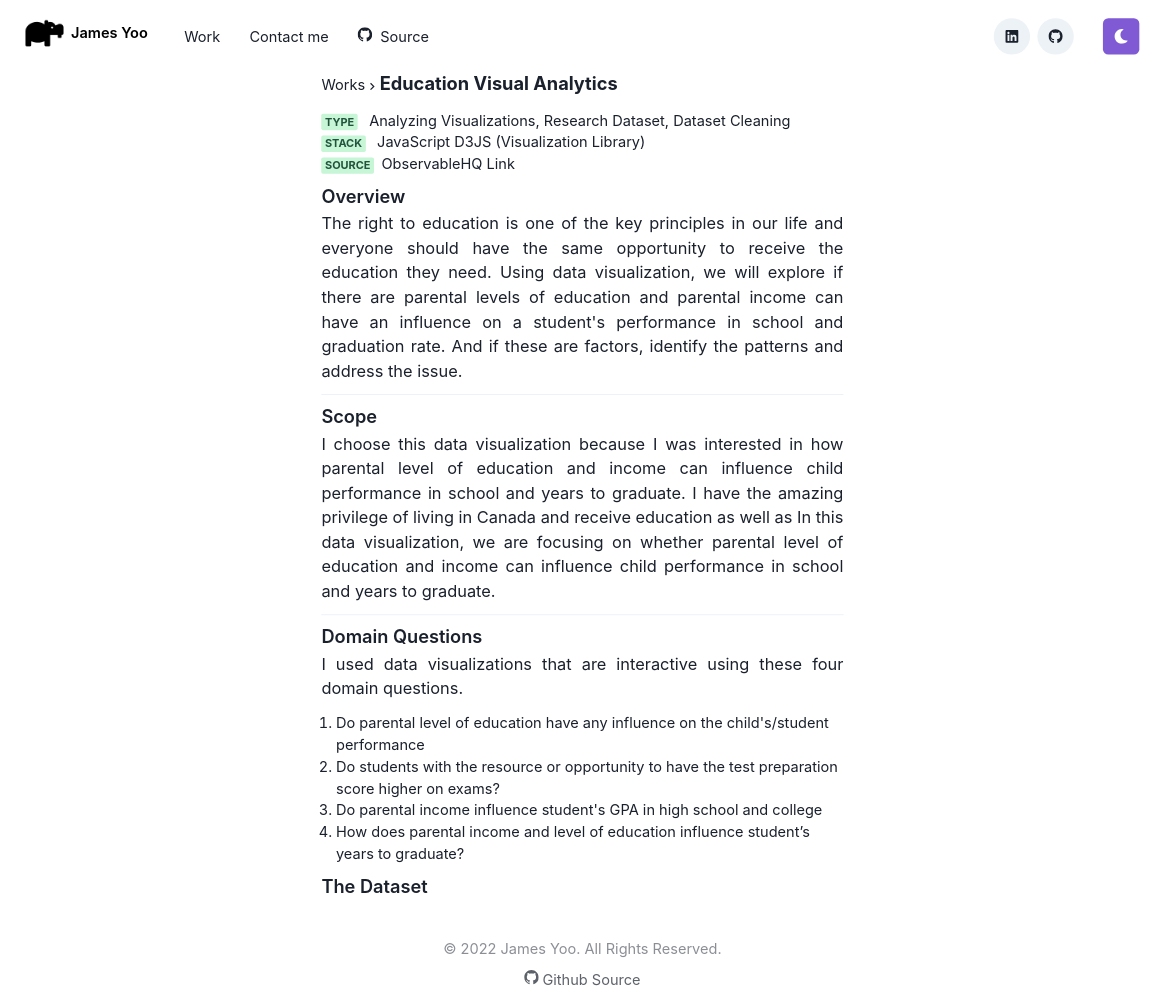
Repository: jammy729/portfolio-2022
Page: /work/educationvisualanalytics
These files come from the project's save history. The page is drawn as it stood at one moment and after the next save; the edit follows.
The browser window is 1280 px wide. The pictures show the whole page, at 91% of full size.
The project was rebuilt for these pictures with package versions that can differ from the ones it lists, and the page was loaded fresh each time. Also part of the build but not shown: src/components/home.js, src/components/contact.js, src/components/layouts/layout.js, src/components/work/work.js, src/components/work/Development/WorldInstitutionDatabase/worldinstitutiondatabase.js, src/components/work/Development/GeoMemories/geomemories.js, src/components/work/Design/ExperienceDesign/experiencedesign.js, src/components/work/Development/PersonalPortfolio/personalportfolio.js. Imported but missing from the stored project, and not drawn on this page: src/components/work/Design/FinestCup/finestcup, src/components/work/Development/WorldInstitutionDatabase/universityDatabase.mp4.

Above is the page before, as saved 2022-06-28 15:59:20.

### public/index.html
<!DOCTYPE html>
<html lang="en">
  <head>
    <meta charset="utf-8" />
    <meta name="viewport" content="width=device-width, initial-scale=1" />

    <link rel="shortcut icon" href="%PUBLIC_URL%/hippo.png" />
    <link rel="manifest" href="%PUBLIC_URL%/manifest.json" />

    <title>James Yoo</title>
  </head>
  <body>
    <div id="root"></div>
  </body>
</html>

### src/index.js
import React from 'react'
import ReactDOM from 'react-dom/client'
import './index.css'
import App from './components/App'
import { ChakraProvider, ColorModeScript } from '@chakra-ui/react'

const root = ReactDOM.createRoot(document.getElementById('root'))
root.render(
  <React.StrictMode>
    <ChakraProvider>
      <ColorModeScript initialColorMode='light' />
      <App />
    </ChakraProvider>
  </React.StrictMode>
)

### src/index.css
html, body {
    height: 100%;
  }

### src/components/App.js
import React from 'react'
import Navbar from './navbar'
import { BrowserRouter as Router, Routes, Route } from 'react-router-dom'
import Home from './home'
import Contact from './contact'
import Work from './work/work'
import Footer from './footer'

import UniversityDatabase from './work/Development/WorldInstitutionDatabase/worldinstitutiondatabase'
import GeoMemories from './work/Development/GeoMemories/geomemories'
import FinestCup from './work/Design/FinestCup/finestcup'
import ExperienceDesign from './work/Design/ExperienceDesign/experiencedesign'
import EducationVisualAnalytic from './work/Development/EducationVisualAnalytics/educationvisualanalytics'
import PersonalPortfolio from './work/Development/PersonalPortfolio/personalportfolio'

const App = () => {
  return (
    <Router>
      <Navbar />
      <Routes>
        <Route exact path='/' element={<Home />} />

        <Route exact path='/work' element={<Work />} />
        <Route
          exact
          path='/work/worldinstitutiondatabase'
          element={<UniversityDatabase />}
        />
        <Route exact path='/work/geomemories' element={<GeoMemories />} />
        <Route
          exact
          path='/work/educationvisualanalytics'
          element={<EducationVisualAnalytic />}
        />
        <Route
          exact
          path='/work/personalportfolio'
          element={<PersonalPortfolio />}
        />

        <Route exact path='/work/finestcup' element={<FinestCup />} />
        <Route
          exact
          path='/work/experiencedesign'
          element={<ExperienceDesign />}
        />
        <Route exact path='/contact' element={<Contact />} />
      </Routes>
      <Footer />
    </Router>
  )
}

export default App

### src/components/navbar.js
import { Link } from 'react-router-dom'
import { IconButton } from '@chakra-ui/button'
import { useColorMode } from '@chakra-ui/color-mode'
import { HamburgerIcon } from '@chakra-ui/icons'
import { GoMarkGithub } from 'react-icons/go'
import {
  Flex,
  Stack,
  HStack,
  Spacer,
  MenuItem,
  MenuButton,
  Menu,
  MenuList,
  Box,
  MenuGroup,
  Text,
  Icon
} from '@chakra-ui/react'
import { FaSun, FaMoon, FaGithub, FaLinkedin } from 'react-icons/fa'

import Logo from './logo'
const Navbar = () => {
  const { colorMode, toggleColorMode } = useColorMode()
  const isDark = colorMode === 'dark'
  return (
    <Stack direction={'row'} p={5}>
      <Flex w='full' mx={2}>
        <Logo />

        <HStack
          ml={7}
          justifyContent='center'
          display={{ base: 'none', lg: 'flex' }}
        >
          <Menu>
            <Box px={3}>
              <Link to='./work'>
                <Text>Work</Text>
              </Link>
            </Box>
            <Box px={3}>
              <Link to='/contact'>Contact me</Link>
            </Box>
            <Box px={3} alignItems='center' display='inline-flex'>
              <a
                href='https://github.com/jammy729/portfolio-2022'
                target='blank'
              >
                <Icon as={GoMarkGithub} mr={1} /> Source
              </a>
            </Box>
          </Menu>
        </HStack>

        <Spacer />

        <Box flex={3} align='right' fontSize='md' fontWeight='semibold'>
          <Box flex={1} display={{ base: 'inline-block', lg: 'none' }}>
            <Menu isLazy id='navbar-menu'>
              <IconButton
                boxSize='3rem'
                mx={1}
                icon={isDark ? <FaSun /> : <FaMoon />}
                onClick={toggleColorMode}
                colorScheme={isDark ? 'orange' : 'purple'}
              />
              <MenuButton
                boxSize='3rem'
                as={IconButton}
                icon={<HamburgerIcon />}
                aria-label='Options'
                colorScheme={isDark ? 'blue' : 'blackAlpha'}
              />
              <MenuList w={['80vw', '50vw']}>
                <MenuGroup>
                  <MenuItem pl={5}>
                    <Link to='./work'>Work</Link>
                  </MenuItem>
                  <MenuItem pl={5}>
                    <Link to='./contact'>Contact</Link>
                  </MenuItem>
                  <MenuItem pl={5}>
                    <a
                      href='https://www.linkedin.com/in/james-yoo-b4a1231a5/'
                      target='blank'
                    >
                      <Icon as={FaLinkedin} mr={1} />
                      LinkedIn
                    </a>
                  </MenuItem>
                  <MenuItem pl={5}>
                    <a href='https://github.com/jammy729' target='blank'>
                      <Icon as={GoMarkGithub} mr={1} />
                      GitHub
                    </a>
                  </MenuItem>
                </MenuGroup>
              </MenuList>
            </Menu>
          </Box>
        </Box>

        <Box display={{ base: 'none', lg: 'flex' }}>
          <a
            href='https://www.linkedin.com/in/james-yoo-b4a1231a5/'
            target='blank'
          >
            <IconButton
              icon={<FaLinkedin />}
              isRound='true'
              linkButton={true}
              mx={2}
            />
          </a>
          <a href='https://github.com/jammy729' target='blank'>
            <IconButton icon={<FaGithub />} isRound='true' linkButton={true} />
          </a>
          <IconButton
            ml={8}
            icon={isDark ? <FaSun /> : <FaMoon />}
            onClick={toggleColorMode}
            colorScheme={isDark ? 'orange' : 'purple'}
          />
        </Box>
      </Flex>
    </Stack>
  )
}

export default Navbar

### src/components/footer.js
import { Box, Icon, Text, Container, HStack } from '@chakra-ui/react'
import styled from '@emotion/styled'
import { GoMarkGithub } from 'react-icons/go'

const Bottom = styled.div`
  position: relative;
  width: 100%;
  text-align: center;
  padding-bottom: 10px;
`

const Footer = () => {
  return (
    <Box as='footer'  w="100%" position="absolute" justifyContent="space-between" mt='2rem'>
      <Container opacity={0.5}>
        <Bottom>
          &copy; {new Date().getFullYear()} James Yoo. All Rights Reserved.
        </Bottom>
      </Container>

      <HStack>
        <Bottom>
          <a
            href='https://github.com/jammy729/portfolio-2022'
            target='_blank'
            rel='noopener noreferrer'
          >
            <Text
              opacity={0.7}
              _hover={{
                opacity: '1'
              }}
            >
              <Icon as={GoMarkGithub} mr={1} />
              Github Source
            </Text>
          </a>
        </Bottom>
      </HStack>
    </Box>
  )
}

export default Footer

### src/components/work/Development/EducationVisualAnalytics/educationvisualanalytics.js
import React from 'react'
import { Title, WorkImage, Tag } from '../../../layouts/work-grid'
import {
  Box,
  Container,
  List,
  ListItem,
  OrderedList,
  Divider
} from '@chakra-ui/react'
import { Writing, DescriptionText } from '../../layout'

const EducationVisualAnalytics = () => {
  return (
    <Box>
      <Container>
        <Title>Education Visual Analytics</Title>
        {/* BADGES  */}
        <List>
          <ListItem>
            <Tag> Type </Tag> Analyzing Visualizations, Research Dataset,
            Dataset Cleaning
          </ListItem>
          <ListItem>
            <Tag> Stack </Tag> JavaScript D3JS (Visualization Library)
          </ListItem>
          <ListItem>
            <Tag> Source </Tag>
            <a
              target='blank'
              href='https://observablehq.com/@jamesyoo/iat-355-final-project-spring-2021/2'
            >
              ObservableHQ Link
            </a>
          </ListItem>
        </List>

        {/* OVERVIEW   */}
        <Writing size='md' title='Overview' />
        <DescriptionText>
          The right to education is one of the key principles in our life and
          everyone should have the same opportunity to receive the education
          they need. Using data visualization, we will explore if there are
          parental levels of education and parental income can have an influence
          on a student's performance in school and graduation rate. And if these
          are factors, identify the patterns and address the issue.
        </DescriptionText>

        <Divider />

        {/* SCOPE  */}
        <Writing size='md' title='Scope' />
        <DescriptionText>
          I choose this data visualization because I was interested in how
          parental level of education and income can influence child performance
          in school and years to graduate. I have the amazing privilege of
          living in Canada and receive education as well as In this data
          visualization, we are focusing on whether parental level of education
          and income can influence child performance in school and years to
          graduate.
        </DescriptionText>

        <Divider />

        {/* DOMAIN QUESTIONS  */}
        <Writing size='md' title='Domain Questions' />
        <DescriptionText>
          I used data visualizations that are interactive using these four
          domain questions.
        </DescriptionText>
        <OrderedList>
          <ListItem>
            Do parental level of education have any influence on the
            child's/student performance
          </ListItem>
          <ListItem>
            Do students with the resource or opportunity to have the test
            preparation score higher on exams?
          </ListItem>
          <ListItem>
            Do parental income influence student's GPA in high school and
            college
          </ListItem>
          <ListItem>
            How does parental income and level of education influence student’s
            years to graduate?
          </ListItem>
        </OrderedList>

        {/* THE DATASET  */}
        <Writing size="md" title="The Dataset" />
        <DescriptionText>

        </DescriptionText>
      </Container>
    </Box>
  )
}

export default EducationVisualAnalytics

### src/components/logo.js
import React from 'react'
import { Box, Center, Image, Heading, Text } from '@chakra-ui/react'
import { Link } from 'react-router-dom'
import { useColorMode } from '@chakra-ui/color-mode'
import styled from '@emotion/styled'
import HippoImg from '../contents/hippo.png'
import HippoImgDark from '../contents/hippo-dark.png'
import { useMediaQuery } from '@chakra-ui/react'

const LogoBox = styled.span`
  display: inline-flex;
  align-items: center;

  &:hover img {
    transform: rotate(-10deg);
  }
`
const Logo = () => {
  const { colorMode } = useColorMode()
  const isDark = colorMode === 'dark'
  const [isLargeScreen] = useMediaQuery('(min-width:750px)')
  return (
    <Box>
      <Center>
        <LogoBox>
          <Image
            src={isDark ? HippoImgDark : HippoImg}
            w={{ base: '50px' }}
            pr={2}
          />
          <Heading
            justifyContent='center'
            size={isLargeScreen ? 'md' : 'md'}
            fontWeight='semibold'
            color={isDark ? 'white' : 'black'}
          >
            <Link to='/'>
              <Text fontSize='md'>James Yoo</Text>
            </Link>
          </Heading>
        </LogoBox>
      </Center>
    </Box>
  )
}

export default Logo

### src/components/layouts/work-grid.js
import React from 'react'
import { Link } from 'react-router-dom'
import {
  Box,
  LinkBox,
  LinkOverlay,
  Text,
  Image,
  Heading,
  Badge,
  Center
} from '@chakra-ui/react'
import { useMediaQuery } from '@chakra-ui/media-query'
import { ChevronRightIcon } from '@chakra-ui/icons'
import { useColorMode } from '@chakra-ui/color-mode'

export const WorkGrid = ({ children, id, title, thumbnail }) => {
  const [isLargeScreen] = useMediaQuery('(min-width:750px)')

  return (
    <Box maxW='100%' maxH='auto' pb={6} textAlign='center' position='relative'>
      <Link to={`/work/${id}`}>
        <LinkBox cursor='pointer'>
          <Image
            objectFit='cover'
            margin='auto'
            src={thumbnail}
            alt={title}
            placeholder='blur'
            w='100%'
            h={isLargeScreen ? '300px' : '270px'}
            borderRadius='lg'
            fallbackSrc='https://via.placeholder.com/150'
          />
          <LinkOverlay to={`/work/${id}`}>
            <Text mt={2} fontSize={20} fontWeight='semibold'>
              {title}
            </Text>
          </LinkOverlay>
          <Text fontSize={14} px={5}>
            {children}
          </Text>
        </LinkBox>
      </Link>
    </Box>
  )
}

export const Title = ({ children }) => (
  <Box>
    <Link to='/work'>Works</Link>
    <span>
      <ChevronRightIcon />
    </span>
    <Heading display='inline-block' as='h3' fontSize={20} mb={4}>
      {children}
    </Heading>
  </Box>
)

export const WorkImage = ({ src, alt, caption, w }) => {
  const { colorMode } = useColorMode()

  const isDark = colorMode === 'dark'
  return (
    <Box mb={3}>
      <Image borderRadius='2xl' w={w} src={src} alt={alt} mt={4} />
      <Center>
        <Text color={isDark ? 'gray.300' : 'gray.500'}>{caption}</Text>
      </Center>
    </Box>
  )
}

export const Tag = ({ children }) => (
  <Badge colorScheme='green' mr={2}>
    {children}
  </Badge>
)

### src/components/work/layout.js
import React from 'react'
import { Link } from 'react-router-dom'
import { useColorMode } from '@chakra-ui/color-mode'
import { useMediaQuery } from '@chakra-ui/media-query'

import {
  Center,
  Flex,
  Box,
  Text,
  Button,
  Stack,
  Heading,
  Image
} from '@chakra-ui/react'
import profile from '../work/Home/profile.JPG'
export const HeroSection = ({ name, role, work, contact, src }) => {
  const { colorMode } = useColorMode()
  const isDark = colorMode === 'dark'

  const [isLargeScreen] = useMediaQuery('(min-width:750px)')
  return (
    <Center>
      <Flex>
        <Box>
          <Center>
            <Image
              boxSize={isLargeScreen ? '300px' : '250px'}
              src={profile}
              objectFit='cover'
              borderRadius='lg'
            />
          </Center>

          <Text fontSize='3xl' fontWeight='semibold'>
            {name}
          </Text>
          <Text color={isDark ? 'gray.200' : 'black'} mb={4}>
            {role}
          </Text>
          <Stack direction={isLargeScreen ? 'row' : 'column'}>
            <Link to='./work'>
              <Button
                colorScheme='teal'
                cursor='pointer'
                variant='solid'
                w='100%'
              >
                {work}
              </Button>
            </Link>

            <Link to='./contact'>
              <Button
                colorScheme='teal'
                cursor='pointer'
                variant='outline'
                w='100%'
              >
                {contact}
              </Button>
            </Link>
          </Stack>
        </Box>
      </Flex>
    </Center>
  )
}

export const About = ({ title, bio }) => {
  const [isLargeScreen] = useMediaQuery('(min-width:750px)')

  return (
    <Center>
      <Box width={isLargeScreen ? '600px' : '80%'} margin='auto'>
        <Heading size={isLargeScreen ? 'md' : 'lg'} as='u'>
          {title}
        </Heading>
        <Text
          textAlign='justify'
          py='10px'
          fontSize={{ sm: 'lg', md: 'lg', lg: 'md' }}
        >
          {bio}
        </Text>
      </Box>
    </Center>
  )
}

export const Writings = ({ size, title, description }) => {
  return (
    <>
      <Heading size={size} mt={3} mb={1} fontWeight='semibold'>
        {title}
      </Heading>
      <Text mb={3} fontSize='lg' textAlign='justify'>
        {description}
      </Text>
    </>
  )
}

export const Writing = ({ size, title }) => {
  return (
    <>
      <Heading size={size} mt={3} mb={1} fontWeight='semibold'>
        {title}
      </Heading>
    </>
  )
}

export const DescriptionText = ({ children }) => {
  return (
    <>
      <Text mb={3} fontSize='lg' textAlign='justify'>
        {children}
      </Text>
    </>
  )
}

After the next save:
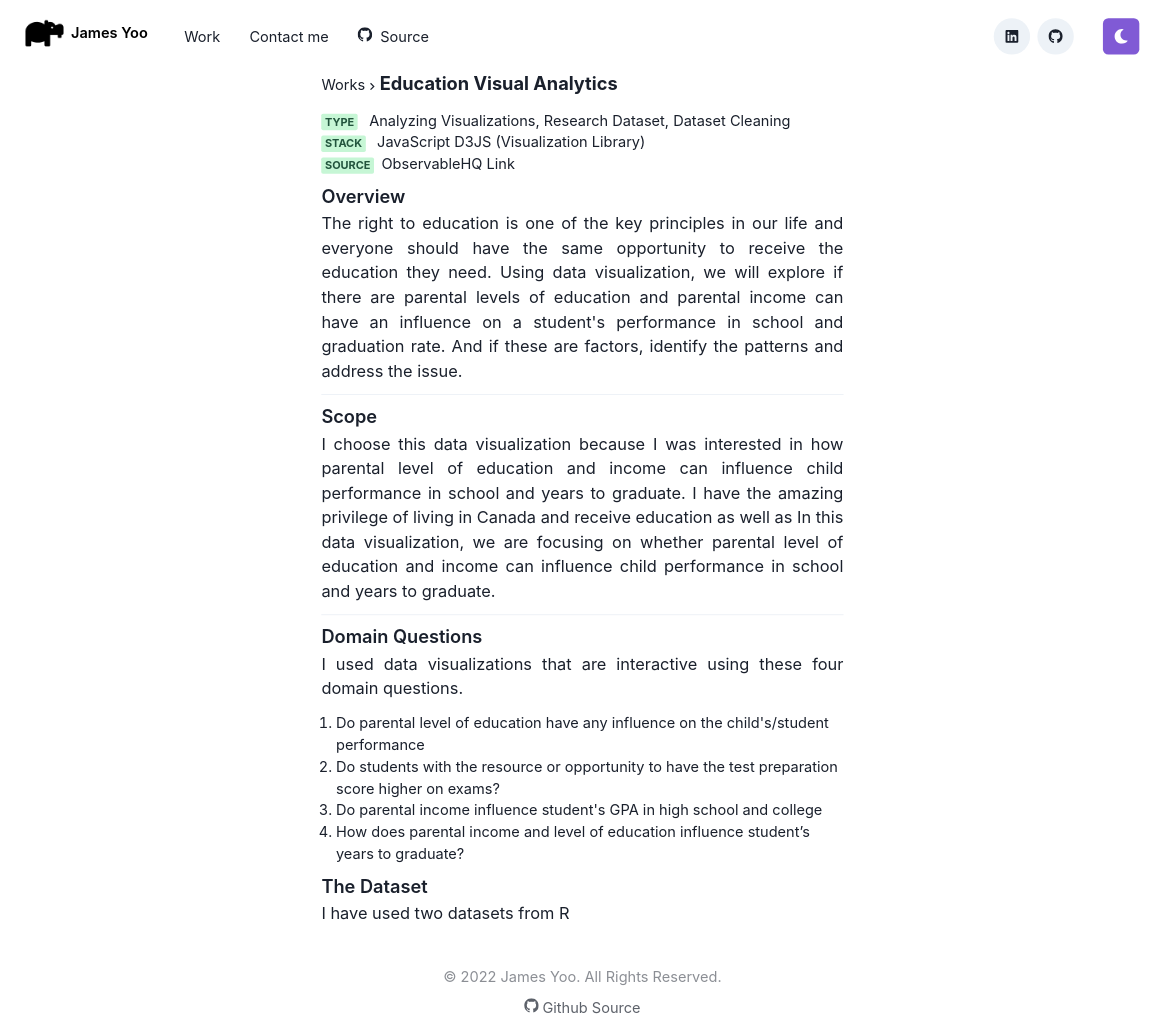
Saved 13 s later.
--- a/src/components/work/Development/EducationVisualAnalytics/educationvisualanalytics.js
+++ b/src/components/work/Development/EducationVisualAnalytics/educationvisualanalytics.js
@@ -90,7 +90,7 @@ const EducationVisualAnalytics = () => {
         {/* THE DATASET  */}
         <Writing size="md" title="The Dataset" />
         <DescriptionText>
-
+          I have used two datasets from R
         </DescriptionText>
       </Container>
     </Box>
